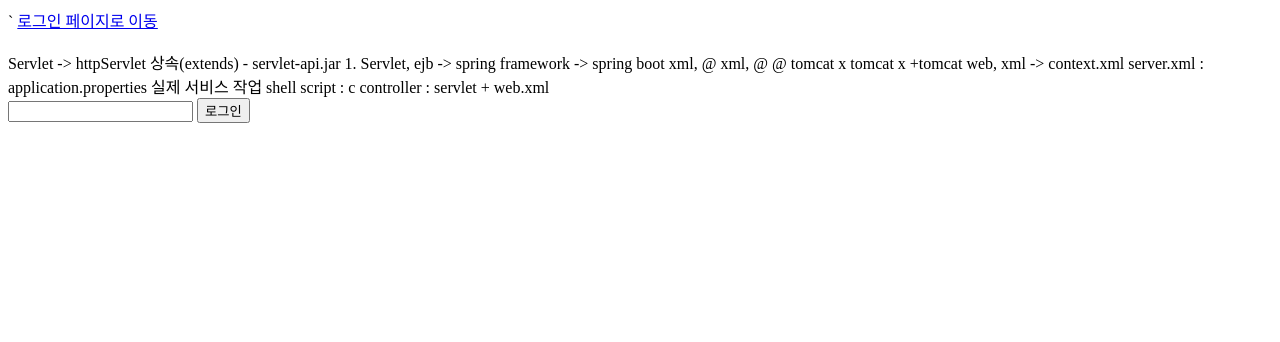
Repository: jeonjin8640/intellij
Page: http://localhost/servlet01/home.jsp
These files come from the project's save history. The page is drawn as it stood at one moment and after the next save; the edit follows.
The browser window is 1280 px wide. The pictures show the whole page.
The page is served by Tomcat 9. Other server files are loaded and not shown.

Above is the page before, as saved 2024-01-04 05:00:30.

### source/servlet01/src/main/webapp/home.jsp
<%@ page language="java" contentType="text/html; charset=UTF-8"
    pageEncoding="UTF-8"%>
<!DOCTYPE html>
<html>
<head>
<meta charset="UTF-8">
<title>Insert title here</title>
</head>`
<body>
<a href="/servlet01/login">로그인 페이지로 이동</a>
<br />
<br />

<form method="post" action="/servlet01/login">
	<div>
				Servlet -> httpServlet 상속(extends) - servlet-api.jar

		1. Servlet, ejb -> spring framework -> spring boot
		     xml, @              xml, @                  @
		     tomcat x            tomcat x               +tomcat

		web, xml -> context.xml server.xml : application.properties
		                  실제 서비스                        작업

		shell script : c

		controller : servlet + web.xml
	</div>
	<input type="text" name="userid">
	<input type="submit" value="로그인">
</form>

</body>
</html>

After the next save:
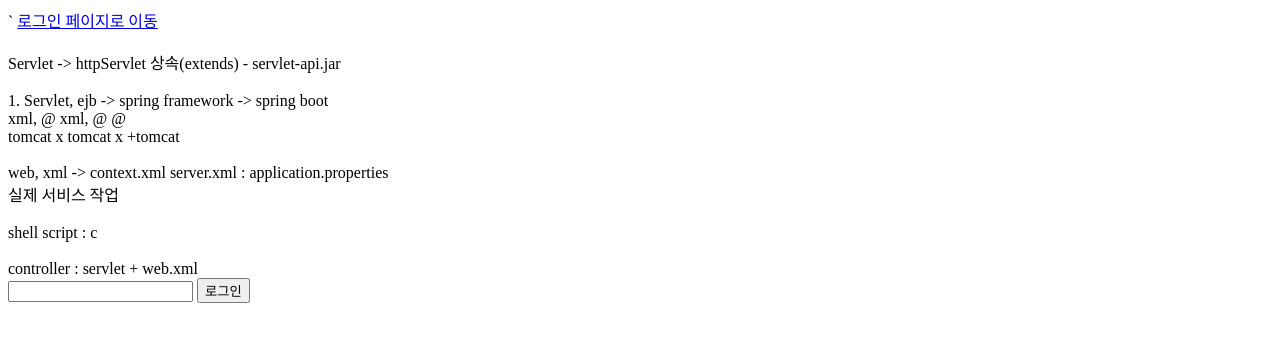
Saved 79 s later.
--- a/source/servlet01/src/main/webapp/home.jsp
+++ b/source/servlet01/src/main/webapp/home.jsp
@@ -13,18 +13,18 @@
 
 <form method="post" action="/servlet01/login">
 	<div>
-				Servlet -> httpServlet 상속(extends) - servlet-api.jar
-
-		1. Servlet, ejb -> spring framework -> spring boot
-		     xml, @              xml, @                  @
-		     tomcat x            tomcat x               +tomcat
-
-		web, xml -> context.xml server.xml : application.properties
-		                  실제 서비스                        작업
-
-		shell script : c
-
-		controller : servlet + web.xml
+				Servlet -> httpServlet 상속(extends) - servlet-api.jar<br/>
+		<br/>
+		1. Servlet, ejb -> spring framework -> spring boot<br/>
+		     xml, @              xml, @                  @<br/>
+		     tomcat x            tomcat x               +tomcat<br/>
+		<br/>
+		web, xml -> context.xml server.xml : application.properties<br/>
+		                  실제 서비스                        작업<br/>
+		<br/>
+		shell script : c<br/>
+		<br/>
+		controller : servlet + web.xml<br/>
 	</div>
 	<input type="text" name="userid">
 	<input type="submit" value="로그인">
